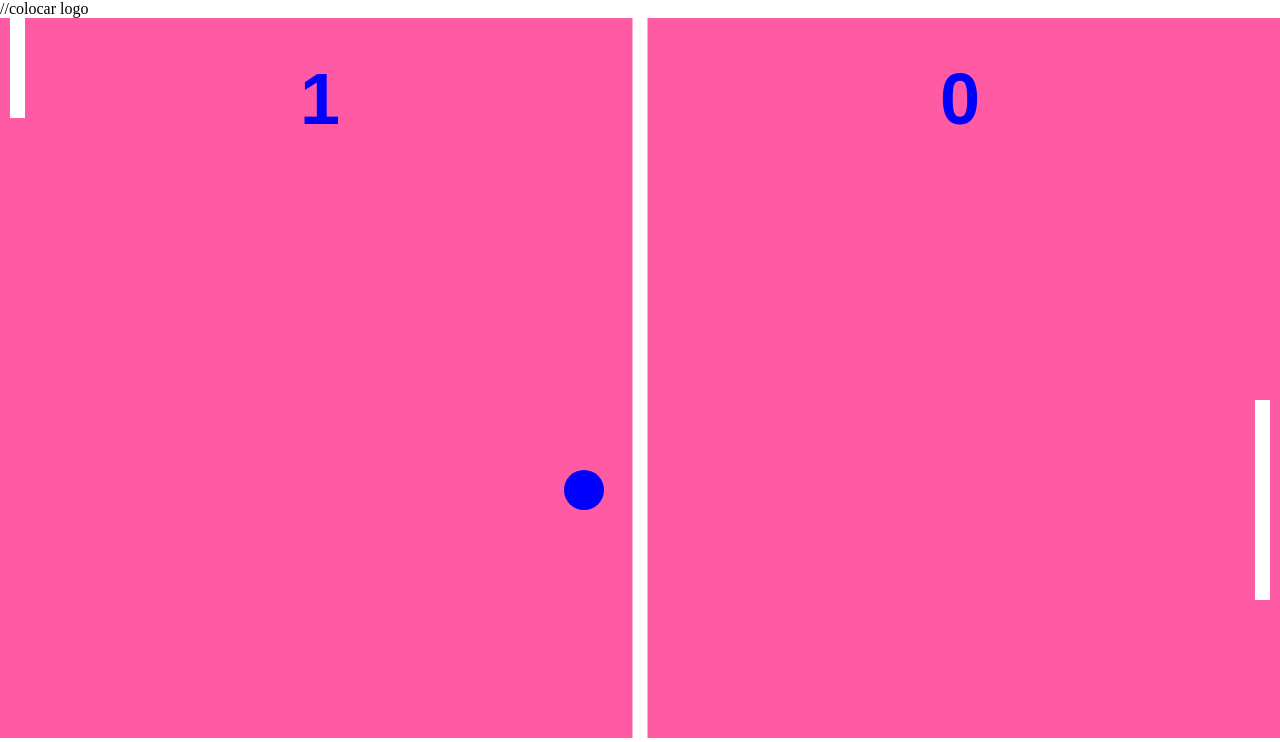
Repository: AkirahCarvalho/ping_pong
Page: index.html
The author's editor kept a copy of each file at every save. The page is drawn from the files as they stood at one save, then again after the next save.
The browser window is 1280 px wide. The pictures show the whole page.

Above is the page before, as saved 2024-04-02 15:43:27.

After the next save:
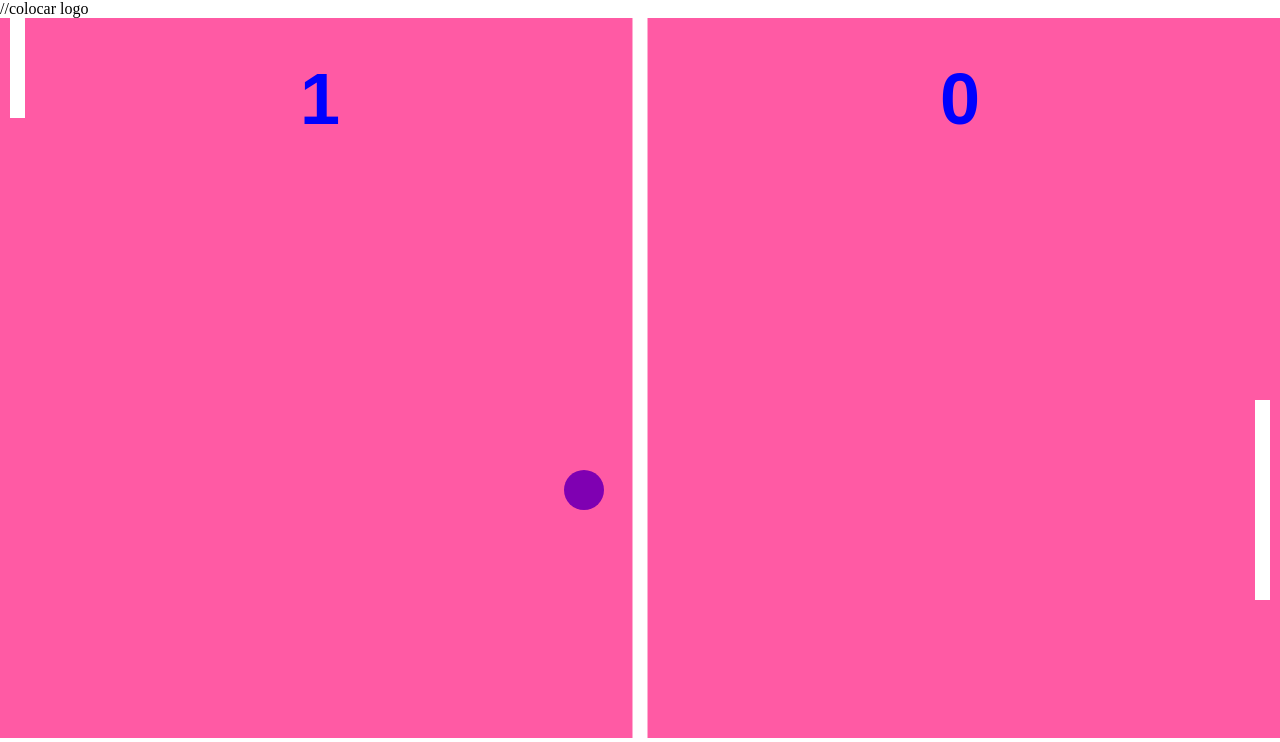
Saved 4 s later.
--- a/index.html
+++ b/index.html
@@ -172,7 +172,7 @@
           this.y += this.directionY * this.speed
         },
         draw: function () {
-          canvasCtx.fillStyle = "#7"//#ffffff
+          canvasCtx.fillStyle = "#7f00b2"//#ffffff
           canvasCtx.beginPath()
           canvasCtx.arc(this.x, this.y, this.r, 0, 2 * Math.PI, false)
           canvasCtx.fill()
